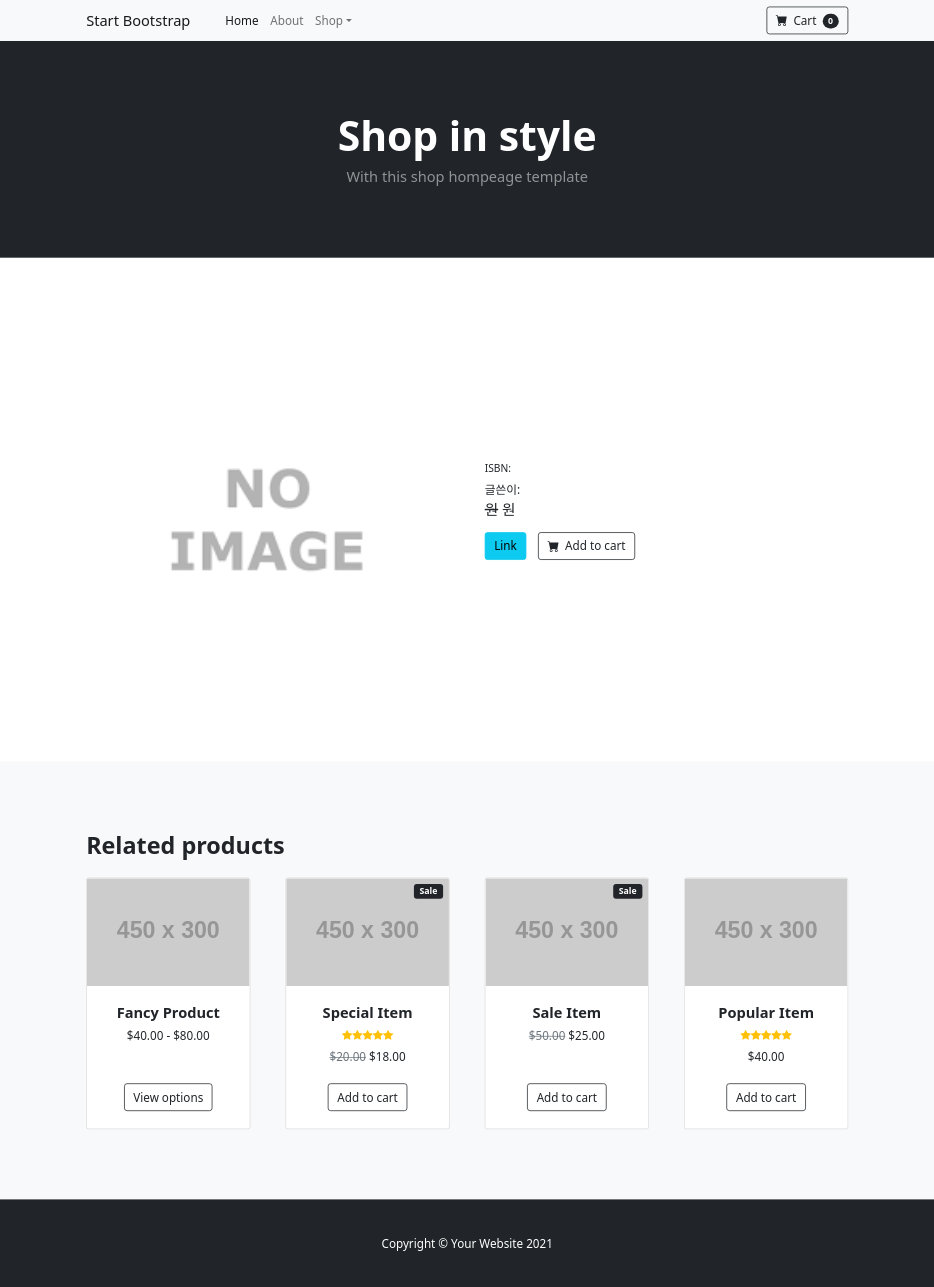
Repository: stella6767/spring-legacy-booklist
Page: http://localhost/ex00/WEB-INF/views/bookitem.jsp
The author's editor kept a copy of each file at every save. The page is drawn from the files as they stood at one save, then again after the next save.
The browser window is 1280 px wide. The pictures show the whole page, at 73% of full size.
The page is served by Tomcat 9. Nobody is signed in. The template is opened directly, without the code that normally fills it, so the values that code supplies are empty.

Above is the page before, as saved 2021-07-10 18:17:45.

After the next save:
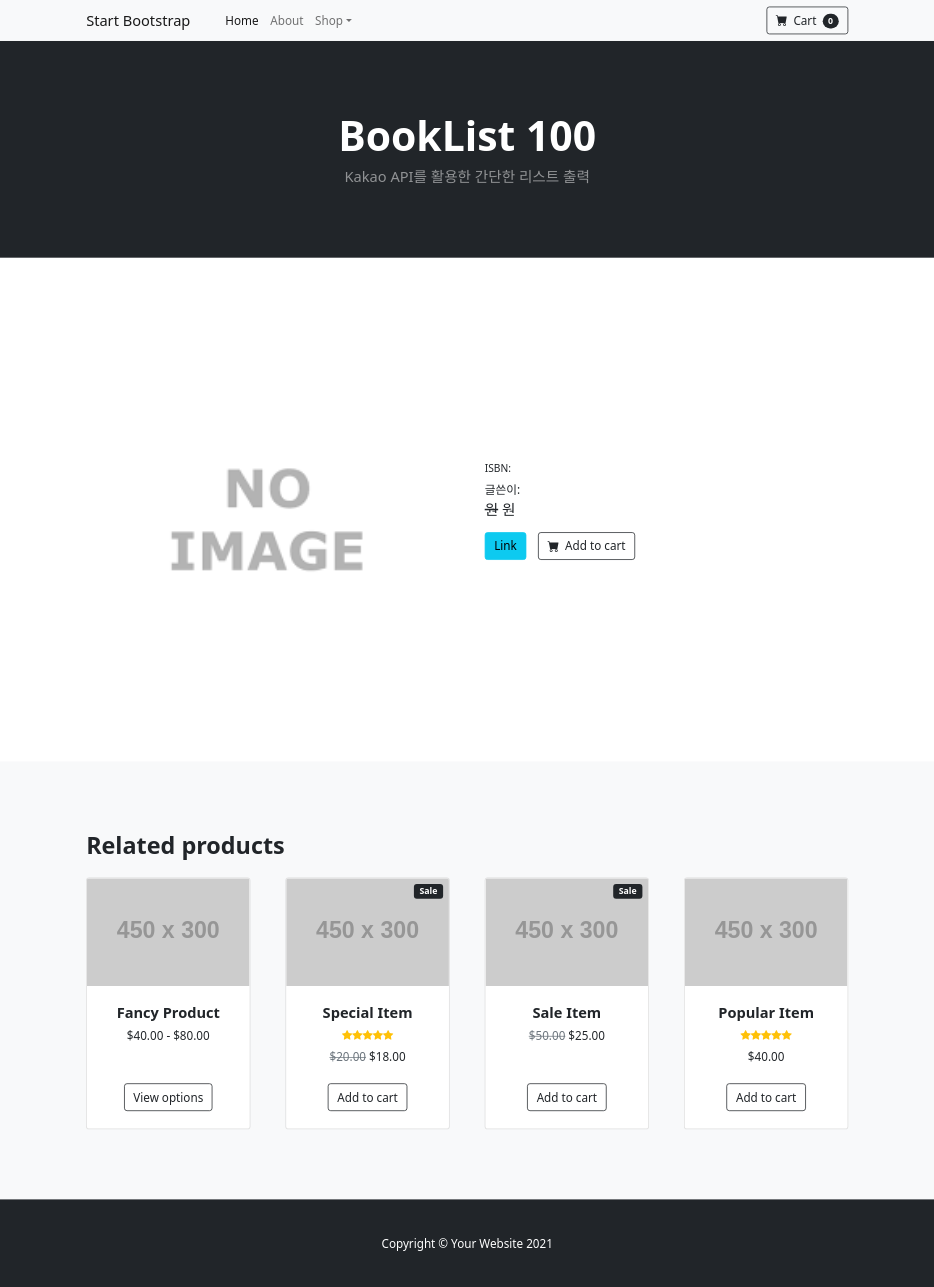
Saved 81 s later.
--- a/ex00/src/main/webapp/WEB-INF/views/includes/header.jsp
+++ b/ex00/src/main/webapp/WEB-INF/views/includes/header.jsp
@@ -53,8 +53,8 @@
         <header class="bg-dark py-5">
             <div class="container px-4 px-lg-5 my-5">
                 <div class="text-center text-white">
-                    <h1 class="display-4 fw-bolder">Shop in style</h1>
-                    <p class="lead fw-normal text-white-50 mb-0">With this shop hompeage template</p>
+                    <h1 class="display-4 fw-bolder">BookList 100</h1>
+                    <p class="lead fw-normal text-white-50 mb-0">Kakao API를 활용한 간단한 리스트 출력</p>
                 </div>
             </div>
         </header>
